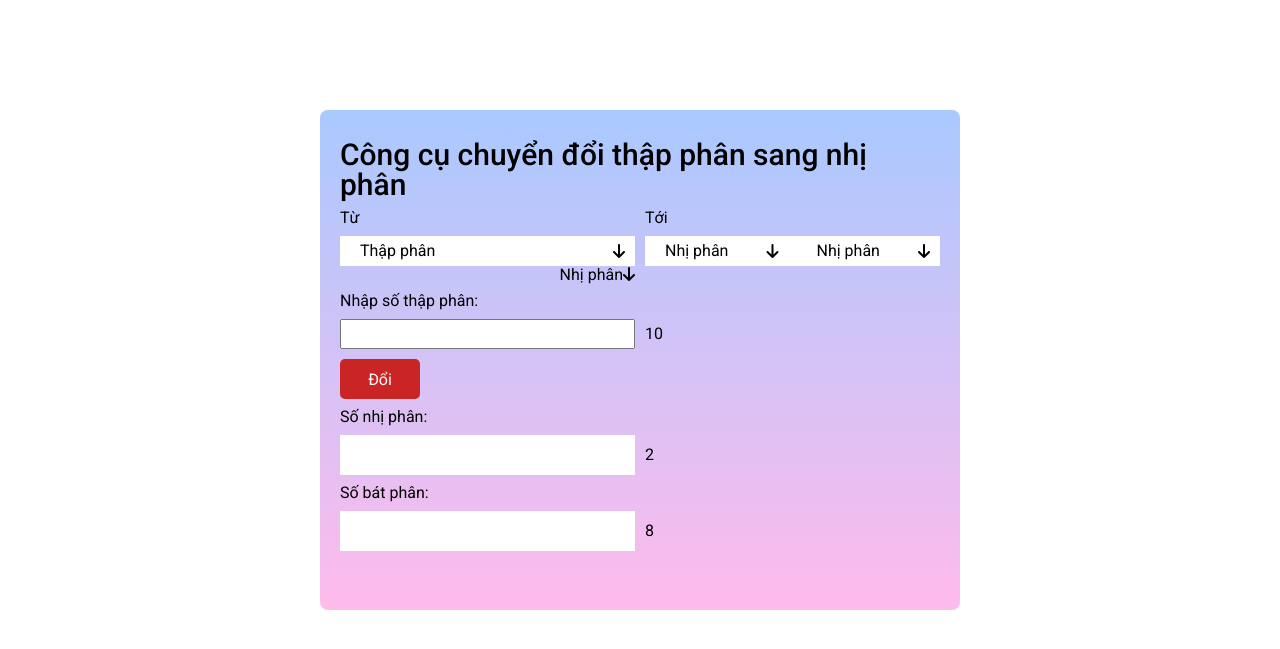
Repository: thuanpham00/covertNumber
Page: index.html
The author's editor kept a copy of each file at every save. The page is drawn from the files as they stood at one save, then again after the next save.
The browser window is 1280 px wide. The pictures show the whole page.
Some web libraries are served in a nearby version. The style sheet was rebuilt from its Sass, Less or Tailwind sources for each picture, by a compiler version that may differ from the author's.

Above is the page before, as saved 2023-11-05 16:39:31.
Console error: TypeError: Cannot read properties of null (reading 'addEventListener')

After the next save:
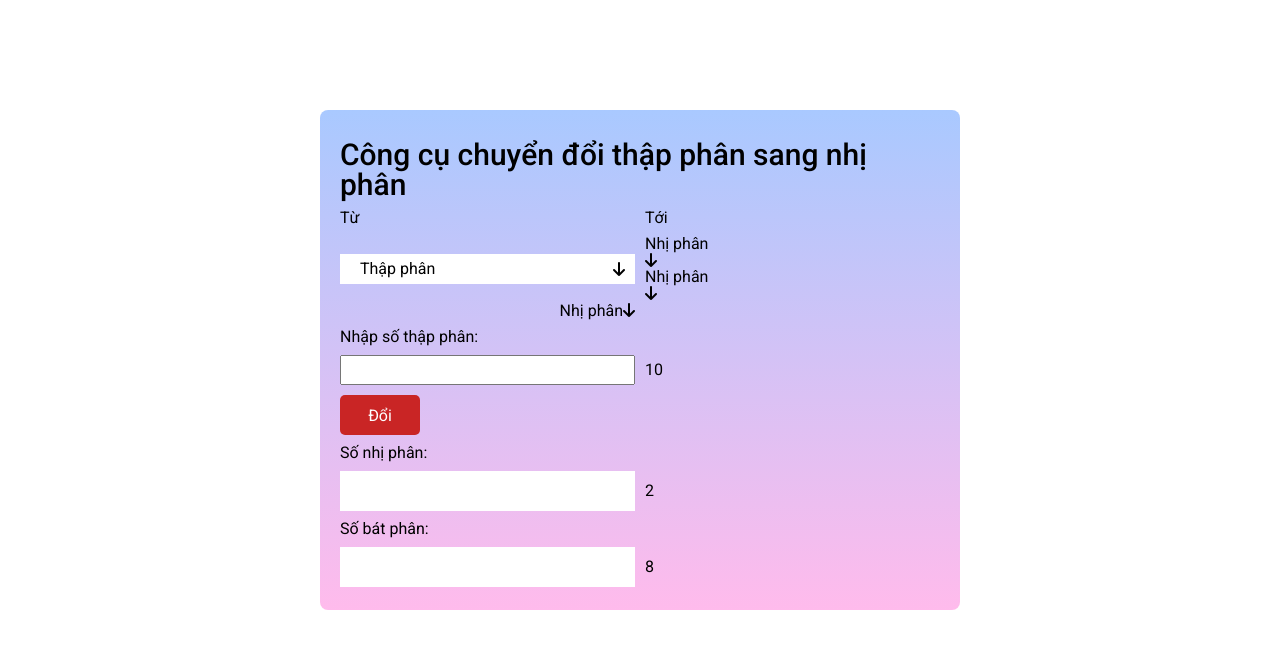
The error is gone.
Saved 20 s later.
--- a/index.html
+++ b/index.html
@@ -28,7 +28,7 @@
                     </div>
                 </div>
 
-                <div class="row__type">
+                <div class="row__list">
                     <div class="row__item">Nhị phân</div>
                     <div class="row__icon">
                         <i class="fa-solid fa-arrow-down"></i>
